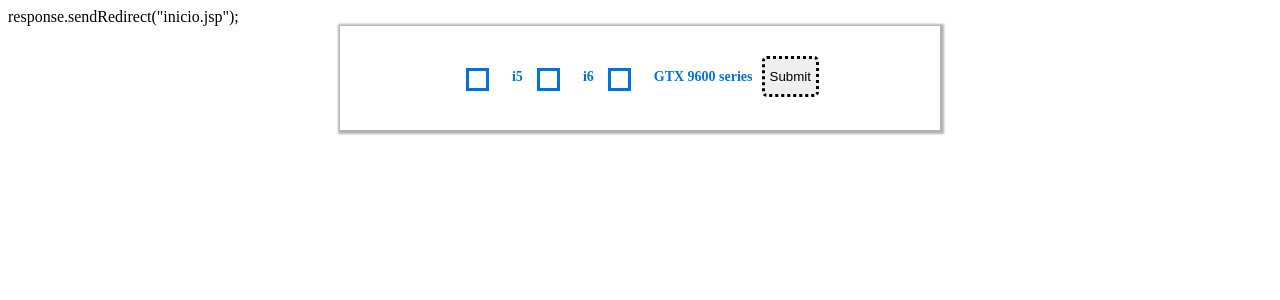
Repository: maxigarrett/2doAnio2doCuatrimestre
Page: http://localhost/primeraWeb1/ManejoSesiones/adicionales.jsp
An editor plug-in stored every save of this project. The page is shown before and after the next save, followed by the edit.
The browser window is 1280 px wide. The pictures show the whole page.
The page is served by Tomcat 9.

Above is the page before, as saved 2020-11-09 13:22:46.

After the next save:
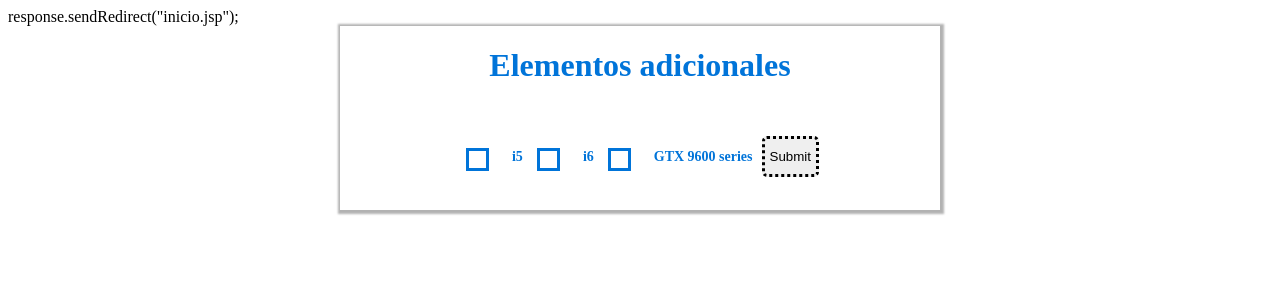
Saved 42 s later.
--- a/tec java eclipse/primeraWeb1/WebContent/ManejoSesiones/adicionales.jsp
+++ b/tec java eclipse/primeraWeb1/WebContent/ManejoSesiones/adicionales.jsp
@@ -10,6 +10,7 @@
 <body>
 	<%@ include file="sup.jsp" %>
 	<div class="form-inicio">
+		<h1>Elementos adicionales</h1>
 		<form class="form-datos"  action="cargaDatos.jsp" method="post">
 
 			<input type="checkbox" name="procesadori5" value="i5" id="proci5">
